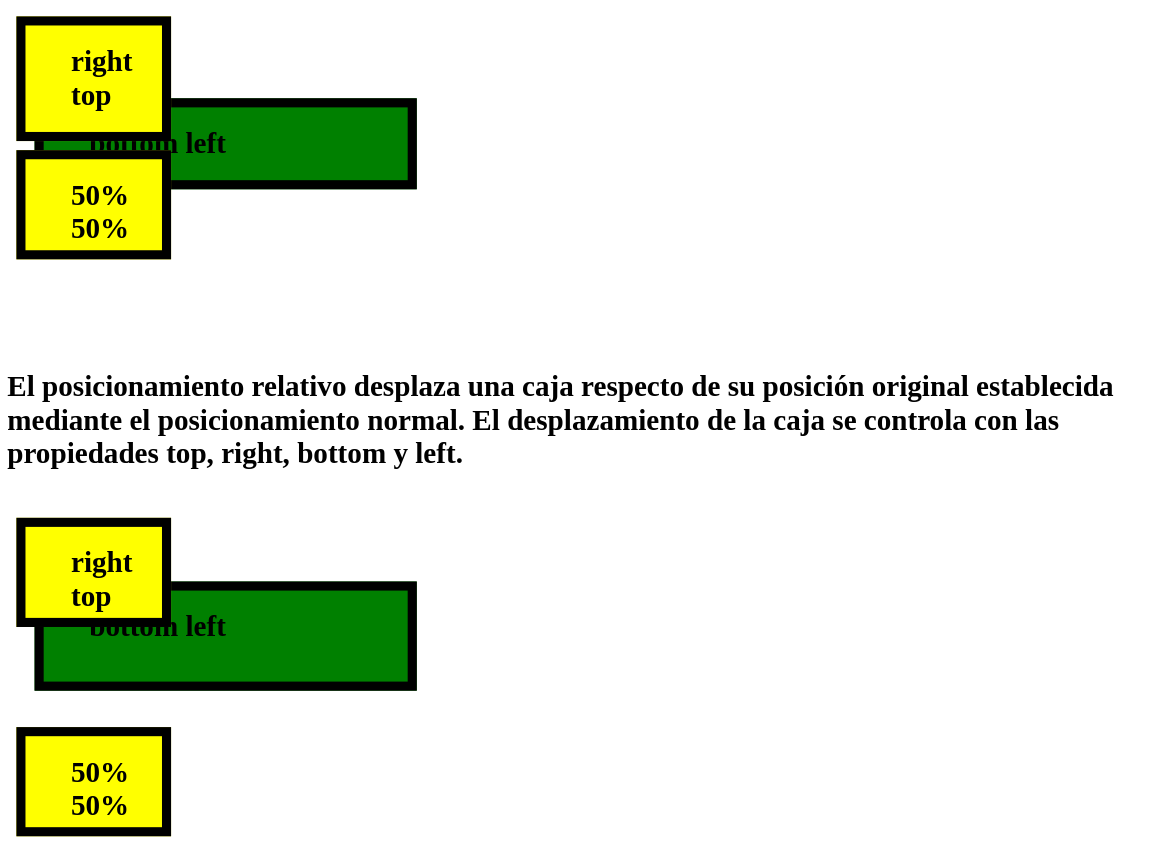
Repository: antonio63j/misNotas
Page: software/CSS/Demos/aptana_proyect/src/relativo.html
These files come from the project's save history. The page is drawn as it stood at one moment and after the next save; the edit follows.
The browser window is 1280 px wide. The pictures show the whole page, at 91% of full size.

Above is the page before, as saved 2017-04-23 16:57:54.

After the next save:
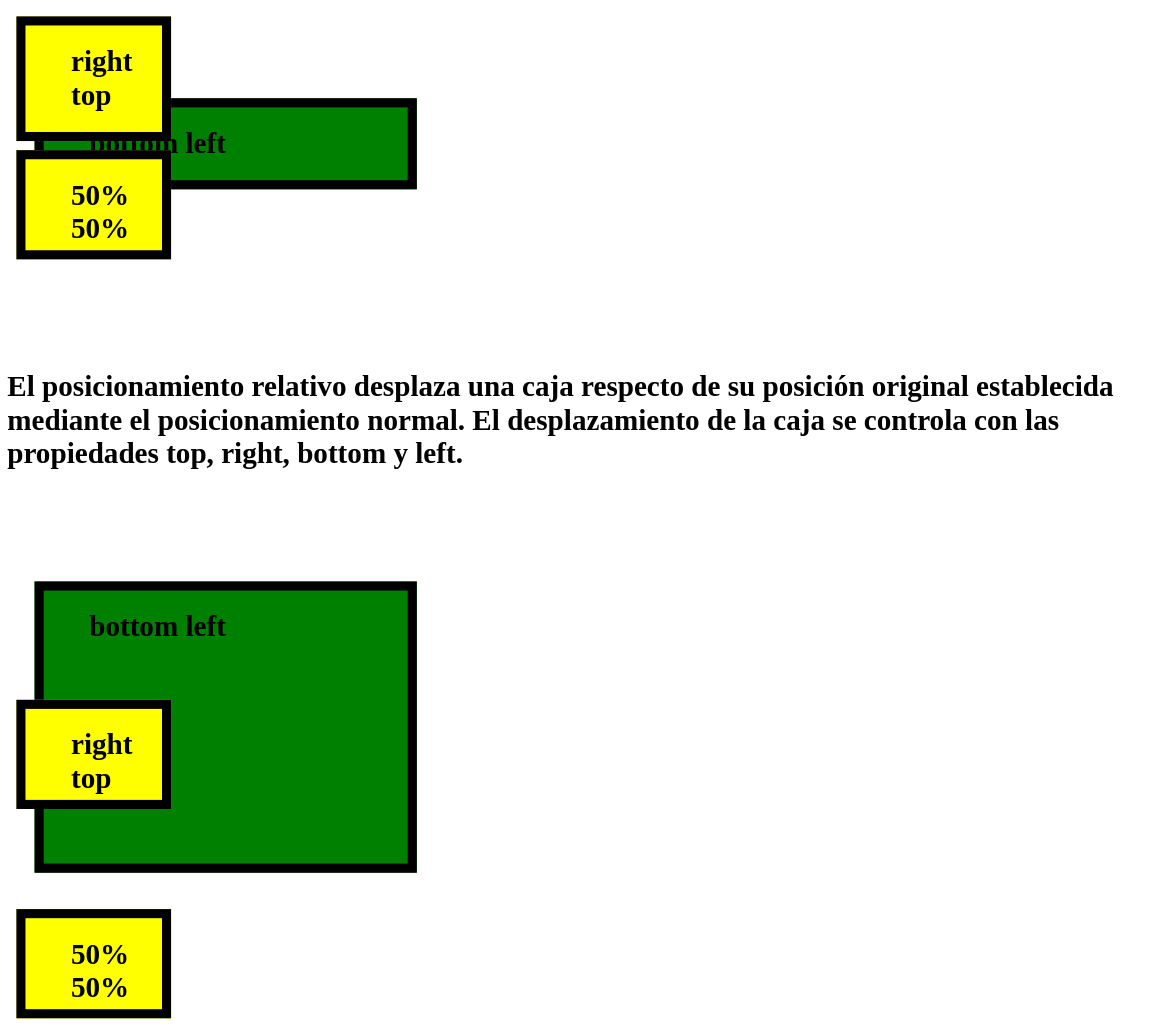
Saved 2 min 0 s later.
--- a/software/CSS/Demos/aptana_proyect/src/relativo.html
+++ b/software/CSS/Demos/aptana_proyect/src/relativo.html
@@ -49,7 +49,7 @@
   top:100px;
   left:20px;
   width: 300px;
-  height:100px;
+  height:300px;
   padding-left:  50px;
   padding-right: 50px;
   margin-left:   10px;
